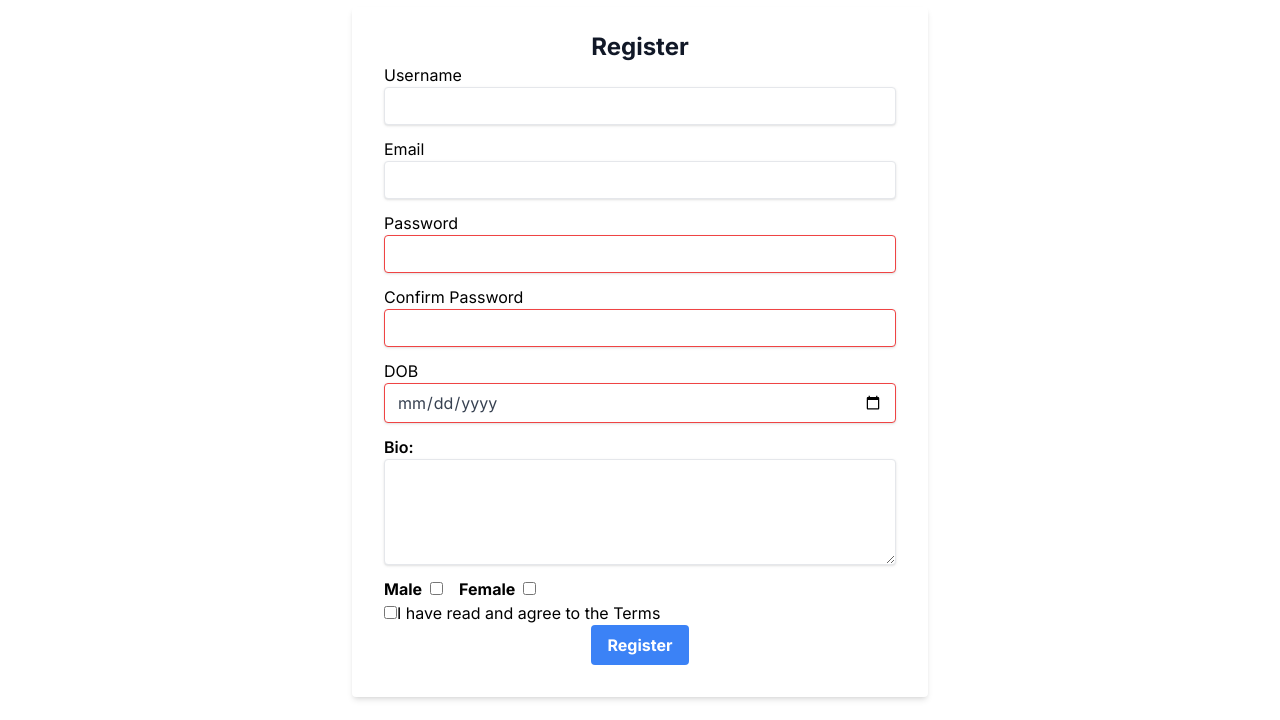
Repository: uh-sman/tiktok-card
Page: /
An editor plug-in stored every save of this project. The page is shown before and after the next save, followed by the edit.
The browser window is 1280 px wide. The pictures show the whole page.
The project was rebuilt for these pictures with package versions that can differ from the ones it lists, and the page was loaded fresh each time. The framework's server and built-in components were replaced by stand-ins that run in the browser. Also part of the build but not shown: next.config.js.

Above is the page before, as saved 2023-12-19 15:16:46.

### app/page.tsx
'use client'
// import Input from "./components/Input";
import { FieldValues, SubmitHandler, useForm } from "react-hook-form";
import AuthForm from "./components/AuthForm";
type FormValues = {
  name: string,
      email: string,
      password: string,
      confirmPassword: string,
      DateOfBirth: string,
      Bio: string,
      gender: string,
      termsAndConditions: string
}

export default function Home() {
  return (
    <div className="flex justify-center items-center h-screen w-full">

      <AuthForm />
    </div>
  )
}

### app/components/AuthForm.tsx
import React from "react";
import { useForm } from "react-hook-form";
// the type of data
type UserSubmitForm = {
    username: string;
    email: string;
    password: string;
    confirmPassword: string;
    acceptTerms: boolean;
    male:boolean;
    female:boolean;
    Bio:string;
    DateOfBirth: number
  };
const AuthForm: React.FC = () => {
    // using the useForm hook from the react-hook-form package
    const {register,handleSubmit, reset, formState} = useForm<UserSubmitForm>()
    // the onSubmit handler
    const onSubmit = (data: UserSubmitForm) => {
        if(data.male && data.female === true) {
            prompt('only one field can be selected')
            reset()
        }
        console.log(data)
    }
    return (
        <div className="w-full max-w-xl">
        <form className="bg-white shadow-md rounded px-8 pt-6 pb-8 mb-4" onSubmit={handleSubmit(onSubmit)}>
        <h2 className="font-bold text-gray-900 text-2xl text-center">Register</h2>
          <div className="flex flex-col">
            <label>Username</label>
            <input
            className="shadow appearance-none border rounded w-full py-2 px-3 text-gray-700 mb-3 leading-tight focus:outline-none focus:shadow-outline"
              type="text"
            //   using the hook to handle form state
            {...register('username')}
            />
            <div className="invalid-feedback">
                </div>
          </div>

          <div className="flex flex-col">
            <label>Email</label>
            <input
            className="shadow appearance-none border rounded w-full py-2 px-3 text-gray-700 mb-3 leading-tight focus:outline-none focus:shadow-outline"
            type="text"
            {...register('email')}
            />
            <div className="invalid-feedback">
                </div>
          </div>

          <div className="flex flex-col">
            <label>Password</label>
            <input
            className="shadow appearance-none border border-red-500 rounded w-full py-2 px-3 text-gray-700 mb-3 leading-tight focus:outline-none focus:shadow-outline"
            type="password"
            {...register('password')}
            />
            <div className="invalid-feedback">
                </div>
          </div>
          <div className="flex flex-col">
            <label>Confirm Password</label>
            <input
            className="shadow appearance-none border border-red-500 rounded w-full py-2 px-3 text-gray-700 mb-3 leading-tight focus:outline-none focus:shadow-outline"
              type="password"
              {...register('confirmPassword')}
            />
            <div className="invalid-feedback">
            </div>
          </div>
          <div className="flex flex-col">
            <label>DOB</label>
            <input
            className="shadow appearance-none border border-red-500 rounded w-full py-2 px-3 text-gray-700 mb-3 leading-tight focus:outline-none focus:shadow-outline"
              type="date"
              {...register('DateOfBirth')}
            />
            <div className="invalid-feedback">
            </div>
          </div>
          <div className="flex flex-col">
            <label className="font-semibold">Bio:</label>
            <textarea
            className="shadow appearance-none border rounded w-full py-8 px-3 text-gray-700 mb-3 leading-tight focus:outline-none focus:shadow-outline"
            {...register('Bio')}
            />
            <div className="invalid-feedback">
            </div>
          </div>

          <div className="">
           <div className="flex items-center gap-4 text-md font-bold">
           <div className="">
                <label className="mr-2" htmlFor="Male">Male</label>
            <input
              type="checkbox"
              {...register('male')}
              />

            </div>
            <div className="">
                <label className="mr-2" htmlFor="Female">Female</label>
            <input
              type="checkbox"
              {...register('female')}
              />
            </div>
           </div>
            <div className="invalid-feedback">
                </div>
          </div>
          <div className="">
            <input
              type="checkbox"
              {...register('acceptTerms')}
              />
            <label htmlFor="acceptTerms" className="form-check-label">
              I have read and agree to the Terms
            </label>
            <div className="invalid-feedback">
                </div>
          </div>

          <div className="flex justify-center w-full gap-20">
            <button type="submit" className="bg-blue-500 w-auto hover:bg-blue-700 text-white font-bold py-2 px-4 rounded focus:outline-none focus:shadow-outline">
              Register
            </button>

          </div>
        </form>
      </div>
    )
}

export default AuthForm;

Loaded but not shown: app/layout.tsx (common file); app/globals.css (common file); tailwind.config.ts (common file)

After the next save:
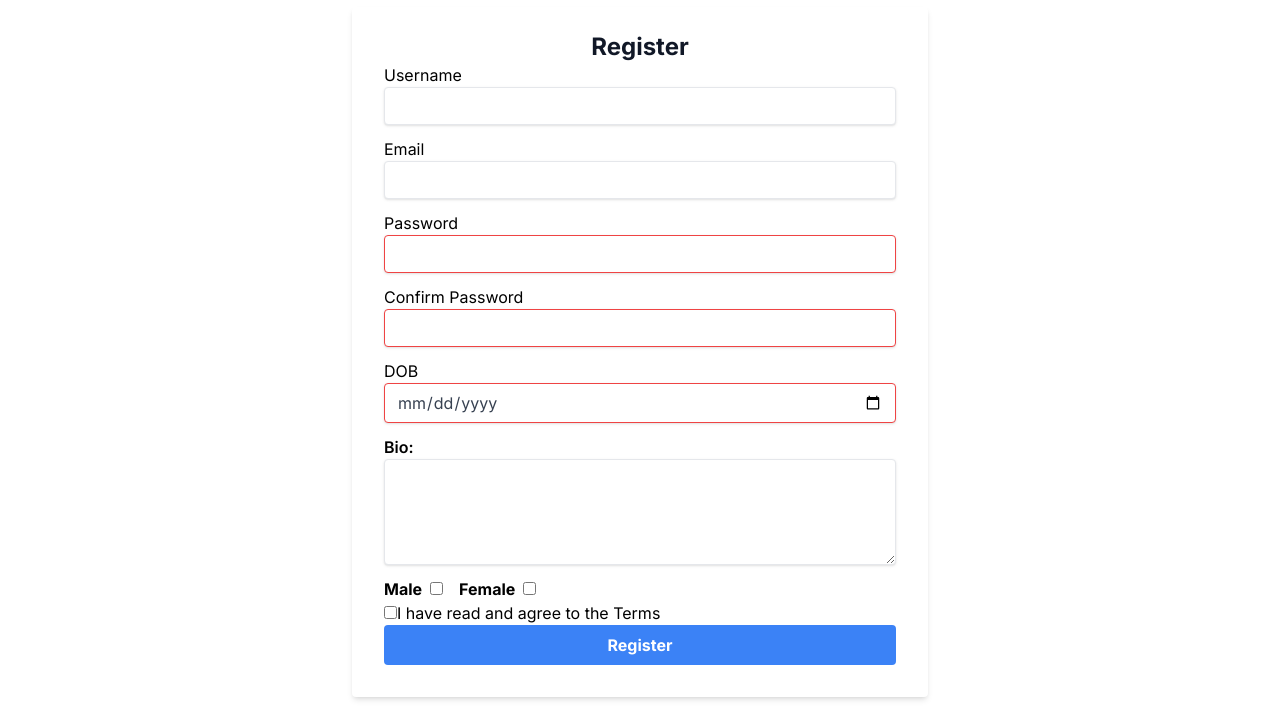
Saved 6 s later.
--- a/app/components/AuthForm.tsx
+++ b/app/components/AuthForm.tsx
@@ -124,7 +124,7 @@ const AuthForm: React.FC = () => {
           </div>
 
           <div className="flex justify-center w-full gap-20">
-            <button type="submit" className="bg-blue-500 w-auto hover:bg-blue-700 text-white font-bold py-2 px-4 rounded focus:outline-none focus:shadow-outline">
+            <button type="submit" className="bg-blue-500 w-full hover:bg-blue-700 text-white font-bold py-2 px-4 rounded focus:outline-none focus:shadow-outline">
               Register
             </button>
 
